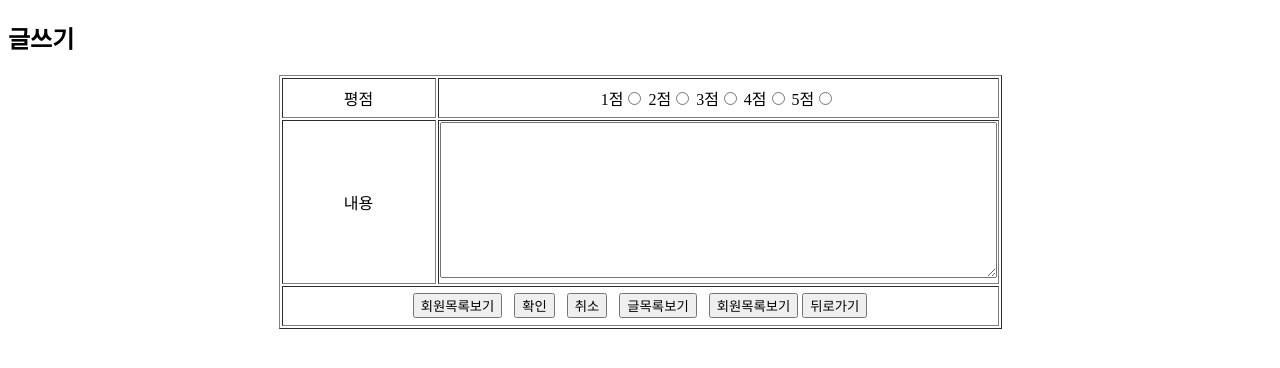
Repository: Served01/Project2_2209
Page: http://localhost/bookReviewProgram/rvInsertform.jsp
An editor plug-in stored every save of this project. The page is shown before and after the next save, followed by the edit.
The browser window is 1280 px wide. The pictures show the whole page.
The page is served by Tomcat 9. Other server files are loaded and not shown.

Above is the page before, as saved 2022-09-25 06:32:36.

### bookReviewProgram/src/main/webapp/rvInsertform.jsp
<%@ page language="java" contentType="text/html; charset=UTF-8"
    pageEncoding="UTF-8"%>
<%	request.setCharacterEncoding("UTF-8");	%>
<%@ page import="BKRV.review.rvDAO" %>
<%@ page import="BKRV.review.rvBean" %>
<!DOCTYPE html>
<html>
<head>
<meta charset="UTF-8">
<title>리뷰 데이터 입력 페이지</title>
</head>
<body>

	<h2>글쓰기</h2>

<%--
<%
	회원 ID, 책 번호 받기

	int Rv_bknumber = Integer.parseInt(request.getParameter("Rv_bknumber"));
	String Rv_id = request.getParameter("Rv_id");

	rvDAO rdao = new rvDAO();
	rvBean rBean = rdao.selectoneselectboard(Rv_number, Rv_bknumber, Rv_id);
%>

 --%>


<form action="rvInsertPro.jsp" method="post">
	<table border="1" align="center" width"600" bgccolor="yellow">

		<%--
		<tr height="40" align="center">
			<td width="150">작성자</td>
			<td width="250"><%=rBean.getNick() %></td>
		</tr>
		<tr height="40" align="center">
			<td width="150">전자우편</td>
			<td width="250"><input type="text" name="email" size="67" disabled="disabled"></td>
		</tr>
		<tr height="40" align="center">
			<td width="150">주제</td>
			<td width="250"><input type="text" name="subject" size="67" placeholder="주제입력"></td>
		</tr>
		--%>

		<tr height="40" align="center">
			<td width="150">평점</td>
			<td width="250">
			1점<input type="radio" name="score">
			2점<input type="radio" name="score">
			3점<input type="radio" name="score">
			4점<input type="radio" name="score">
			5점<input type="radio" name="score"></td>
		</tr>
		<tr height="40" align="center">
			<td width="150">내용</td>
			<td width="350">
			<textarea rows="10" cols="67" name="content"></textarea>
		</tr>

		<tr height="40" align="center">
			<td colspan="2">
			<input type="button" value="회원목록보기" onclick="location.href='memberList.jsp'"/>&nbsp;&nbsp;
			<input type="submit" value="확인"/>&nbsp;&nbsp;
			<input type="reset" value="취소"/>&nbsp;&nbsp;
		<input type="button" value="글목록보기" onclick="location.href='boardList.jsp'"/>&nbsp;&nbsp;
		<input type="button" value="회원목록보기" onclick="location.href='memberList.jsp'"/>
		<input type="button" value="뒤로가기" onclick="location.href='history.back()'">
		</td></tr>
	</table>
</form>
</body>
</html>

After the next save:
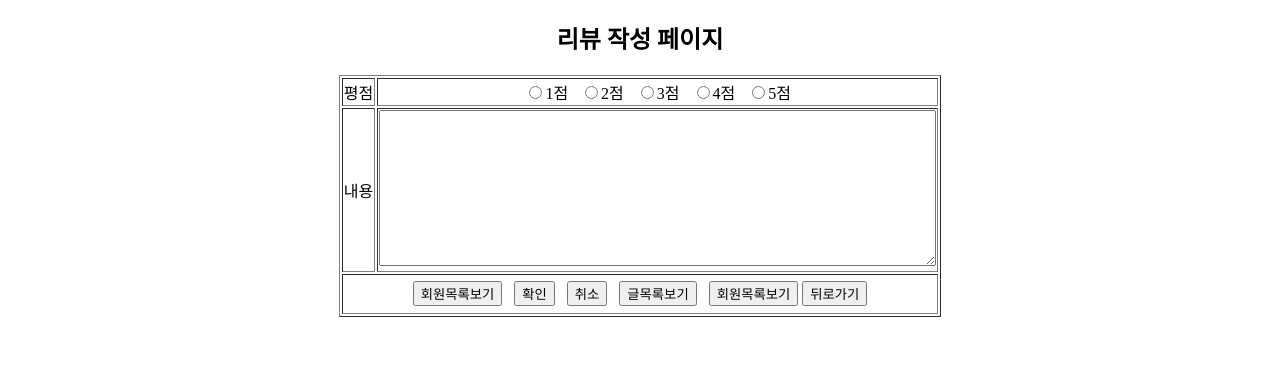
Saved 6 min 13 s later.
--- a/bookReviewProgram/src/main/webapp/rvInsertform.jsp
+++ b/bookReviewProgram/src/main/webapp/rvInsertform.jsp
@@ -9,55 +9,34 @@
 <meta charset="UTF-8">
 <title>리뷰 데이터 입력 페이지</title>
 </head>
+
+<style>
+table{
+margin: auto;
+}
+</style>
+
 <body>
 
-	<h2>글쓰기</h2>
-
-<%--
-<%
-	회원 ID, 책 번호 받기
-
-	int Rv_bknumber = Integer.parseInt(request.getParameter("Rv_bknumber"));
-	String Rv_id = request.getParameter("Rv_id");
-
-	rvDAO rdao = new rvDAO();
-	rvBean rBean = rdao.selectoneselectboard(Rv_number, Rv_bknumber, Rv_id);
-%>
-
- --%>
-
+<h2 align="center">리뷰 작성 페이지</h2>
 
 <form action="rvInsertPro.jsp" method="post">
-	<table border="1" align="center" width"600" bgccolor="yellow">
-
-		<%--
-		<tr height="40" align="center">
-			<td width="150">작성자</td>
-			<td width="250"><%=rBean.getNick() %></td>
+	<table border="1">
+		<tr align="center">
+			<td>평점</td>
+			<td>
+			<input type="radio" name="rv_score" value=1 />1점&nbsp;&nbsp;
+			<input type="radio" name="rv_score" value=2 />2점&nbsp;&nbsp;
+			<input type="radio" name="rv_score" value=3 />3점&nbsp;&nbsp;
+			<input type="radio" name="rv_score" value=4 />4점&nbsp;&nbsp;
+			<input type="radio" name="rv_score" value=5 />5점
+			</td>
 		</tr>
-		<tr height="40" align="center">
-			<td width="150">전자우편</td>
-			<td width="250"><input type="text" name="email" size="67" disabled="disabled"></td>
-		</tr>
-		<tr height="40" align="center">
-			<td width="150">주제</td>
-			<td width="250"><input type="text" name="subject" size="67" placeholder="주제입력"></td>
-		</tr>
-		--%>
-
-		<tr height="40" align="center">
-			<td width="150">평점</td>
-			<td width="250">
-			1점<input type="radio" name="score">
-			2점<input type="radio" name="score">
-			3점<input type="radio" name="score">
-			4점<input type="radio" name="score">
-			5점<input type="radio" name="score"></td>
-		</tr>
-		<tr height="40" align="center">
-			<td width="150">내용</td>
-			<td width="350">
+		<tr align="center">
+			<td>내용</td>
+			<td>
 			<textarea rows="10" cols="67" name="content"></textarea>
+			</td>
 		</tr>
 
 		<tr height="40" align="center">
